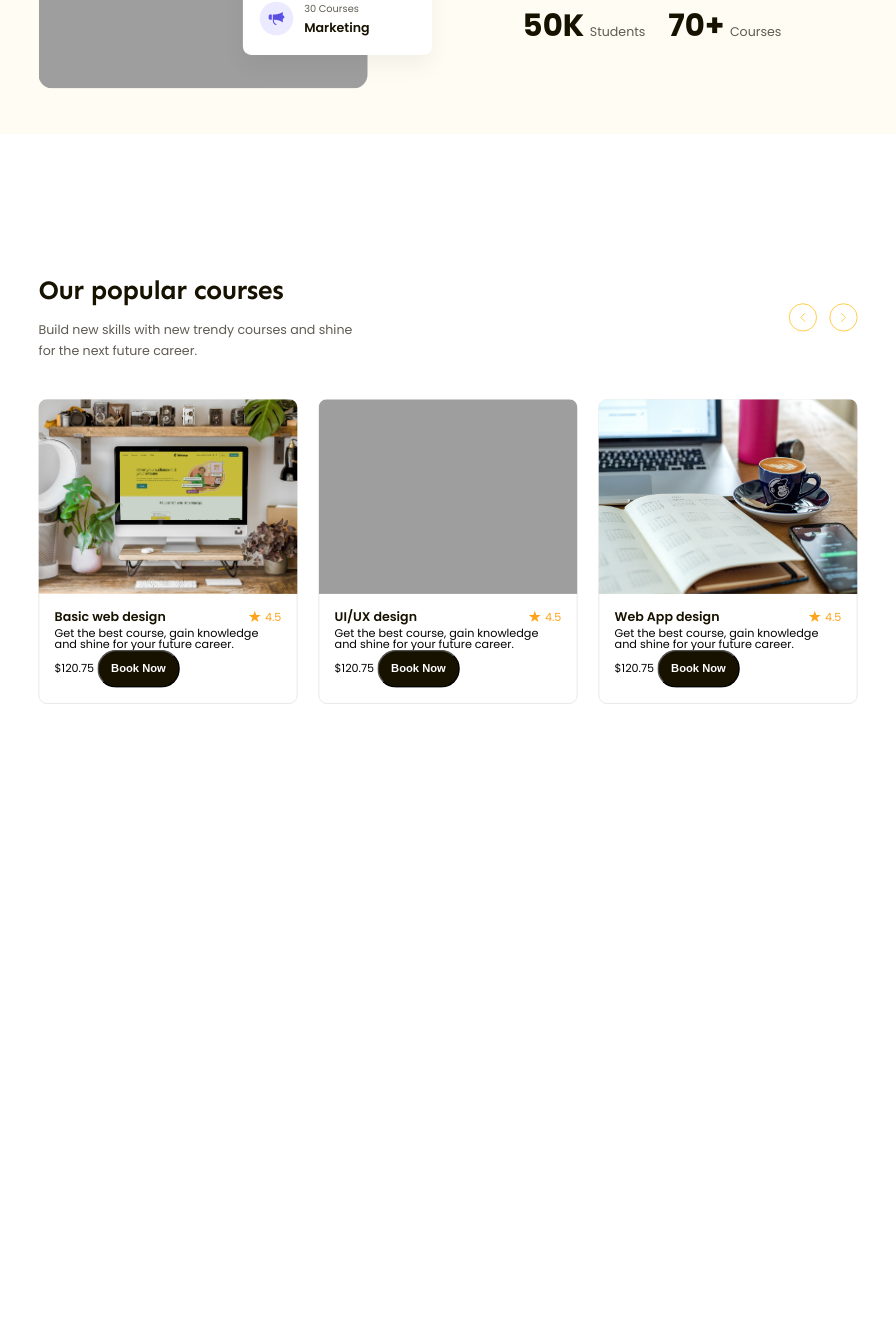
Repository: dovanlanh/f8-project-02
Page: index.html
An editor plug-in stored every save of this project. The page is shown before and after the next save, followed by the edit.
The browser window is 1280 px wide. The pictures show the part of the page from y = 709 to 2629 px (the page is 10000 px tall), at 70% of full size.
Pictures or frames that could not be fetched are drawn as grey boxes.

Above is the page before, as saved 2023-02-05 20:11:59.

### index.html
<!DOCTYPE html>
<html lang="en">
<head>
    <meta charset="UTF-8">
    <meta http-equiv="X-UA-Compatible" content="IE=edge">
    <meta name="viewport" content="width=device-width, initial-scale=1.0">
    <title>F8 Project 02</title>
    <!-- reset css -->
    <link rel="stylesheet" href="./assets/css/reset.css">
    <!-- embed fonts -->
    <link rel="preconnect" href="https://fonts.googleapis.com">
    <link rel="preconnect" href="https://fonts.gstatic.com" crossorigin>
    <link href="https://fonts.googleapis.com/css2?family=Poppins:ital,wght@0,400;0,500;0,600;0,700;1,400&family=Sen:wght@700&display=swap" rel="stylesheet">
    <!-- style -->
    <link rel="stylesheet" href="./assets/css/styles.css">
</head>
<body>
    <main style=" height: 10000px">
        <!-- header  -->
        <header class="header fixed">
            <div class="main-content">
                    <div class="body">
                        <!-- logo -->
                        <img src="./assets/img/Lesson.svg" alt="Lesson" class="Logo">
                        <!-- nav -->
                        <nav class="nav">
                            <ul>
                                <li class="active">
                                    <a href="#!">Home</a>
                                </li>
                                <li>
                                    <a href="#!">Courses</a>
                                </li>
                                <li>
                                    <a href="#!">Pricing</a>
                                </li>
                                <li>
                                    <a href="#!">Reviews</a>
                                </li>
                            </ul>
                        </nav>
                        <!-- active -->
                        <div class="action">
                            <a href="#!" class="btn sign-up-btn">Sign Up</a>
                        </div>
                    </div>
            </div>
        </header>
        <!-- Hero -->
        <div class="hero">
            <div class="main-content">
                <div class="body">
                    <!-- Hero left -->
                    <div class="media-block">
                        <img src="./assets/img/guy-lesson.svg" alt="" class="img">
                        <div class="hero-summary">
                            <div class="item">
                                <div class="icon">
                                    <img src="./assets/img/list-icon1.svg" alt="">
                                </div>
                                <div class="info">
                                    <p class="label">20 Courses</p>
                                    <p class="tittle">UI/UX Design</p>
                                </div>
                            </div>
                            <div class="item">
                                <div class="icon">
                                    <img src="./assets/img/list-icon2.svg" alt="">
                                </div>
                                <div class="info">
                                    <p class="label">20 Courses</p>
                                    <p class="tittle">Development</p>
                                </div>
                            </div>
                            <div class="item">
                                <div class="icon">
                                    <img src="./assets/img/list-icon3.svg" alt="">
                                </div>
                                <div class="info">
                                    <p class="label">30 Courses</p>
                                    <p class="tittle">Marketing</p>
                                </div>
                            </div>
                        </div>
                    </div>
                    <!-- hero-right -->
                    <div class="content-block">
                        <h1 class="heading lv1">Learn without limits and spread knowledge.</h1>
                        <p class="desc">
                            Build new skills for that “this is my year” feeling with courses, certificates, and degrees from world-class universities and companies.
                        </p>
                            <div class="cta-group">
                                <a href="#!" class="btn hero-cta">See Courses</a>
                                <button class="watch-video">
                                    <div class="icon">
                                        <img src="./assets/img/icon-watch-video.svg" alt="">
                                    </div>
                                    <span>Watch Video</span>
                                </button>
                            </div>
                        <p class="desc">Recent engagement</p>
                        <div class="desc stats">
                            <strong>50K</strong>Students
                            <strong>70+</strong>Courses
                        </div>
                    </div>
                </div>
            </div>
        </div>
        <!-- Popular -->
        <div class="popular">
            <div class="main-content">
                <!-- popular top -->
                <div class="popular-top">
                    <div class="info">
                        <h2 class="heading lv2">Our popular courses</h2>
                        <p class="desc">Build new skills with new trendy courses and shine for the next future career.</p>
                    </div>
                    <div class="controls">
                        <button class="control-btn">
                            <svg width="8" height="14" viewBox="0 0 8 14" fill="none" xmlns="http://www.w3.org/2000/svg">
                                <path d="M7 1L1 7L7 13" stroke="currentColor" stroke-linecap="round" stroke-linejoin="round"/>
                            </svg>
                        </button>
                        <button class="control-btn">
                            <svg width="8" height="14" viewBox="0 0 8 14" fill="none" xmlns="http://www.w3.org/2000/svg">
                                <path d="M1 1L7 7L1 13" stroke="currentColor" stroke-linecap="round" stroke-linejoin="round"/>
                            </svg>
                        </button>
                    </div>
                </div>
                <!-- popular-bottom -->
                <div class="course-list">
                    <!-- course item 1 -->
                    <div class="course-item">
                        <img src="./assets/img/img-popular/course1.jpg" alt="Basic web design" class="thumb">
                        <div class="info">
                            <div class="head">
                                <h3 class="tittle">Basic web design</h3>
                                <div class="rating">
                                    <img src="./assets/img/Star.svg" alt="star" class="star">
                                    <span class="value">4.5</span>
                                </div>
                            </div>
                            <p class="desc-course">Get the best course, gain knowledge and shine for your future career.</p>
                            <div class="foot">
                                <span class="price">$120.75</span>
                                <button class="btn">Book Now</button>
                            </div>
                        </div>
                    </div>
                    <!-- course item 2 -->
                    <div class="course-item">
                        <img src="./assets/img/img-popular/course2.jpg" alt="UI/UX design" class="thumb">
                        <div class="info">
                            <div class="head">
                                <h3 class="tittle">UI/UX design</h3>
                                <div class="rating">
                                    <img src="./assets/img/Star.svg" alt="star" class="star">
                                    <span class="value">4.5</span>
                                </div>
                            </div>
                            <p class="desc-course">Get the best course, gain knowledge and shine for your future career.</p>
                            <div class="foot">
                                <span class="price">$120.75</span>
                                <button class="btn">Book Now</button>
                            </div>
                        </div>
                    </div>
                    <!-- course item 3 -->
                    <div class="course-item">
                        <img src="./assets/img/img-popular/course3.jpg" alt="Web App design" class="thumb">
                        <div class="info">
                            <div class="head">
                                <h3 class="tittle">Web App design</h3>
                                <div class="rating">
                                    <img src="./assets/img/Star.svg" alt="star" class="star">
                                    <span class="value">4.5</span>
                                </div>
                            </div>
                            <p class="desc-course">Get the best course, gain knowledge and shine for your future career.</p>
                            <div class="foot">
                                <span class="price">$120.75</span>
                                <button class="btn">Book Now</button>
                            </div>
                        </div>
                    </div>
                </div>
            </div>
        </div>

    </main>
</body>
</html>

### assets/css/styles.css
* {
    box-sizing: border-box;
}
:root {
    --font-heading: sen, sans-serif;
    --primary-color:#FFB900;
}
html,
body {
    scroll-behavior: smooth;
    font-size: 62.5%;
}

html {
    font-size: 62.5%;
}

body {
    font-size: 1.6rem;
    font-family: 'Poppins', sans-serif;
}

/* common */
.heading {
    font-family: var(--font-heading);
    font-weight: 700;
    letter-spacing: -0.02em;
    color: #171100;
}
a {
    text-decoration: none;
}
.main-content {
    width: 1170px;
    max-width: calc(100% - 48px);
    margin-left: auto;
    margin-right: auto;
}
.btn {
    min-width: 118px;
    display: inline-block;
    padding: 0 16px;
    align-items: center;
    line-height: 50px;
    font-weight: 600;
    font-size: 1.6rem;
    text-align: center;
    color: #FFFFFF;
    background: #171100;
    border-radius: 999px;
}
.btn:hover {
    opacity: 0.9;
}
/* header */
.header {
    background:#FFFCF4;
}
.header.fixed {
    position: sticky;
    top: -32px;
    z-index: 1;
}
.header .body {
    display: flex;
    align-items: center;
    padding: 36px 0 8px;
}
.nav ul {
    display: flex;
}

.nav {
    margin-left: auto;
}
.nav a {
    position: relative;
    padding: 8px 21px;
    font-weight: 400;
    font-size: 1.6rem;
    color: #5F5B53;
}
.nav a:hover,
.nav li.active a {
    text-shadow: 1px 0 0 currentColor;
    color: #171100;
}
.nav li.active a::after {
    left: 21px;
    bottom: 6px;
    display: block;
    content: "";
    position: absolute;
    width: 12px;
    height: 2px;
    background: #171100;
    border-radius: 1px;
}
.header .sign-up-btn {
    min-width: 144px;
}
.header .action {
    margin-left: 49px;
}

/* hero */
.hero {
    padding: 56px 0 65px;
    background:#FFFCF4;
}
.hero .body {
    display: flex;
}
/* hero left */
.hero .media-block {
    width: 48%;
    position: relative;
}

.hero .media-block .img {
    width: 470px;
    height: 685px;
    object-fit: cover;
    border-radius: 20px;
    display: block;
}
.hero .media-block .hero-summary {
    position: absolute;
    right: 0;
    bottom: 48px;
}
.hero .hero-summary {
    width: 270px;
    padding: 24px;
    background: #FFFFFF;
    box-shadow: 0px 16px 32px rgba(0, 0, 0, 0.05);
    border-radius: 12px;
}
.hero-summary .item {
    display: flex;
    align-items: center;
}
.hero-summary .icon {
    width: 48px;
    height: 48px;
    border-radius: 50%;
    display: flex;
    align-items: center;
    justify-content: center;
    background: #FFF9E8;
}
.hero-summary .info {
    margin-left: 16px;
}
.hero-summary .label {
    font-weight: 400;
    font-size: 1.4rem;
    line-height: 1.86;
    color: #5F5B53;
}
.hero-summary .tittle {
    font-weight: 600;
    font-size: 1.8rem;
    line-height: 1.67;
    color: #171100;
}
.hero-summary .item + .item {
    margin-top: 22px;
}
.hero-summary .item:nth-of-type(2) .icon {
    background: #FCEFFF;
}
.hero-summary .item:nth-of-type(3) .icon {
    background: #EBEAFF;
}
/* hero right */
.hero .content-block {
    width: 52%;
    padding: 64px 0 0 130px;
}
.hero .content-block .heading.lv1 {
    font-size: 5.8rem;
    line-height: 1.17;
}
.content-block .desc {
    margin-top: 22px;
    font-weight: 400;
    font-size: 1.8rem;
    line-height: 1.67;
    color: #5F5B53;
}
.content-block .cta-group {
    margin: 38px 0 48px;
}
.content-block .cta-group .hero-cta{
    min-width: 180px;
    background-color: var(--primary-color);
    line-height: 64px;
}
.content-block .cta-group {
    display: flex;
    align-items: center;
}
.hero .watch-video {
    margin-left: 28px;
    display: flex;
    align-items: center;
    border: none;
    background: transparent;
    cursor: pointer;

}
.cta-group span {
    font-family: 'poppins', sans-serif;
    margin-left: 14px;
    font-weight: 600;
    font-size: 1.8rem;
    line-height: 1.67;
    color: #171100;
}
.hero .watch-video .icon {
    display: flex;
    align-items: center;
    justify-content: center;
    width: 40px;
    height: 40px;
    background: #FFFFFF;
    box-shadow: 0px 8px 16px rgba(0, 0, 0, 0.07);
    border-radius: 50%;
    cursor: pointer;
}
.hero .watch-video .icon:hover {
    background: orange;
    opacity: 0.5;
}
.hero .stats {
    margin: 8px 0 0 -28px;

}
.hero .stats strong {
    --font-heading: sen, sans-serif;
    padding: 0 8px 0 28px;
    font-weight: 700;
    font-size: 4.4rem;
    line-height: 1.23;
    color: #171100;
}
/* popular */
.popular {
    padding: 65px 0;
    margin-top: 135px;
}
.popular .heading.lv2 {
    font-size: 3.8rem;
    line-height: 1.26;
}
.popular .desc {
    margin-top: 16px;
    width: 458px;
    font-weight: 400;
    font-size: 1.8rem;
    line-height: 1.67;
    color: #5F5B53;
}
.popular .popular-top {
    display: flex;
    justify-content: space-between;
    align-items: center;
}
.popular-top .controls {
    display: flex;
    gap: 18px;
}
.popular-top .control-btn {
    display: flex;
    align-items: center;
    justify-content: center;
    width: 40px;
    height: 40px;
    color: var(--primary-color);
    border: 1px solid var(--primary-color);
    border-radius: 50%;
    background: transparent;
}
.popular-top .control-btn:hover {
    color: #fff;
    background: var(--primary-color);
    cursor: pointer;
}
/* Course list */
.popular .course-list {
    display: flex;
    gap: 30px;
    margin-top: 55px;
}
.popular .course-item {
    flex: 1;
    width: 370px;
    background: #FFFFFF;
    border: 1px solid #E2DFDA;
    border-radius: 12px;
}
.popular .course-item .thumb {
    width: calc(100% + 2px);
    height: 278px;
    margin: -1px;
    object-fit: cover;
    border-radius: 12px 12px 0px 0px;
}
.popular .course-item .info {
    padding: 16px 22px 22px;
}
.popular .course-item .rating,
.popular .course-item .head {
    display: flex;
    align-items: center;
    justify-content: space-between;
}
.popular .course-item .tittle {
    font-weight: 600;
    font-size: 1.8rem;
    line-height: 1.67;
    color: #171100;
}
.popular .course-item .rating .value {
    margin-left: 6px;
    font-weight: 400;
    font-size: 1.6rem;
    line-height: 1.75;
    color: #FEA31B;
}
.popular .course-item .info .desc {
    font-weight: 400;
    font-size: 1.4rem;
    line-height: 1.86;
    color: #5F5B53;
}

Loaded but not shown: assets/css/reset.css (common file)

After the next save:
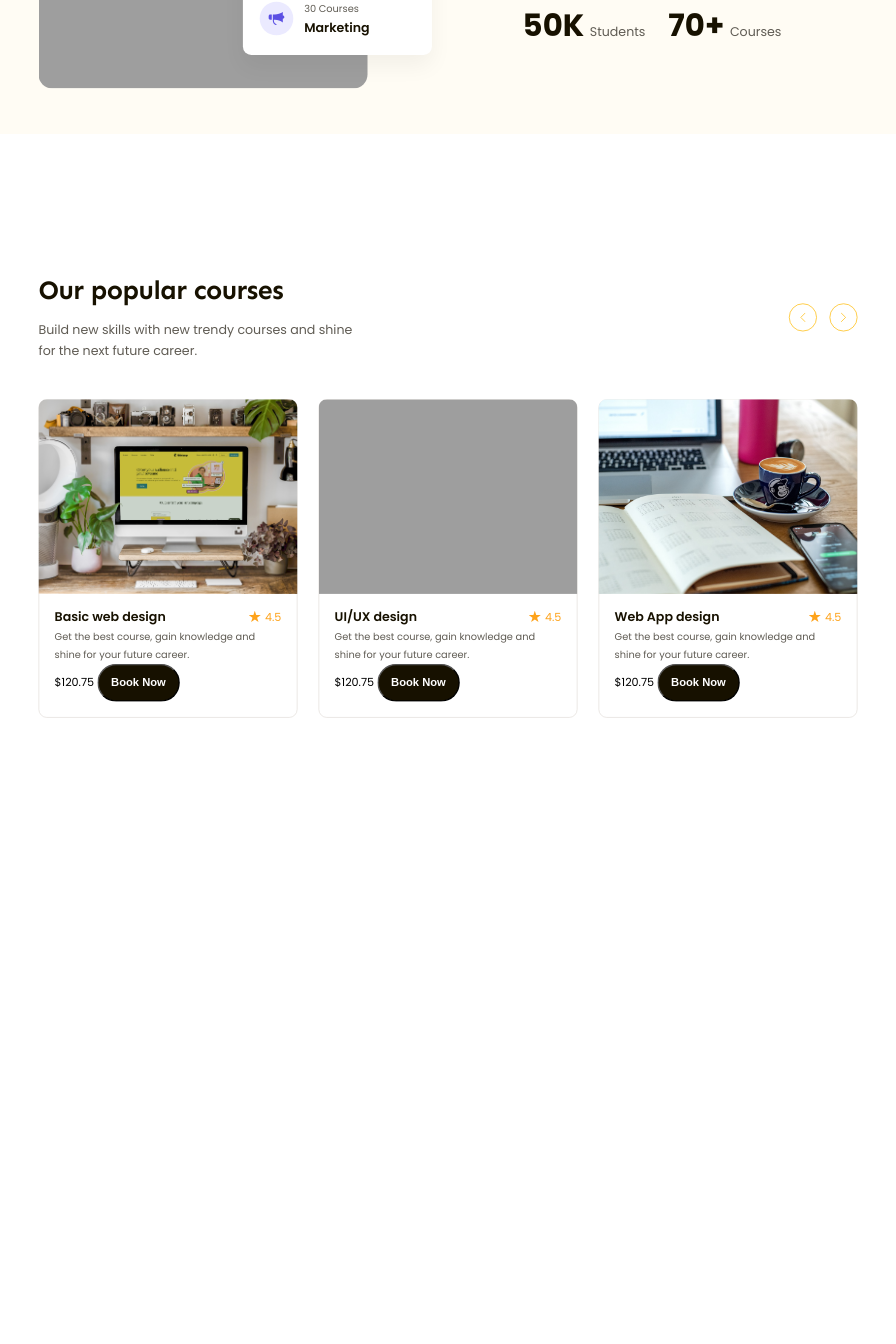
Saved 39 min 39 s later.
--- a/assets/css/styles.css
+++ b/assets/css/styles.css
@@ -329,7 +329,7 @@ a {
     line-height: 1.75;
     color: #FEA31B;
 }
-.popular .course-item .info .desc {
+.popular .course-item .info .desc-course {
     font-weight: 400;
     font-size: 1.4rem;
     line-height: 1.86;
